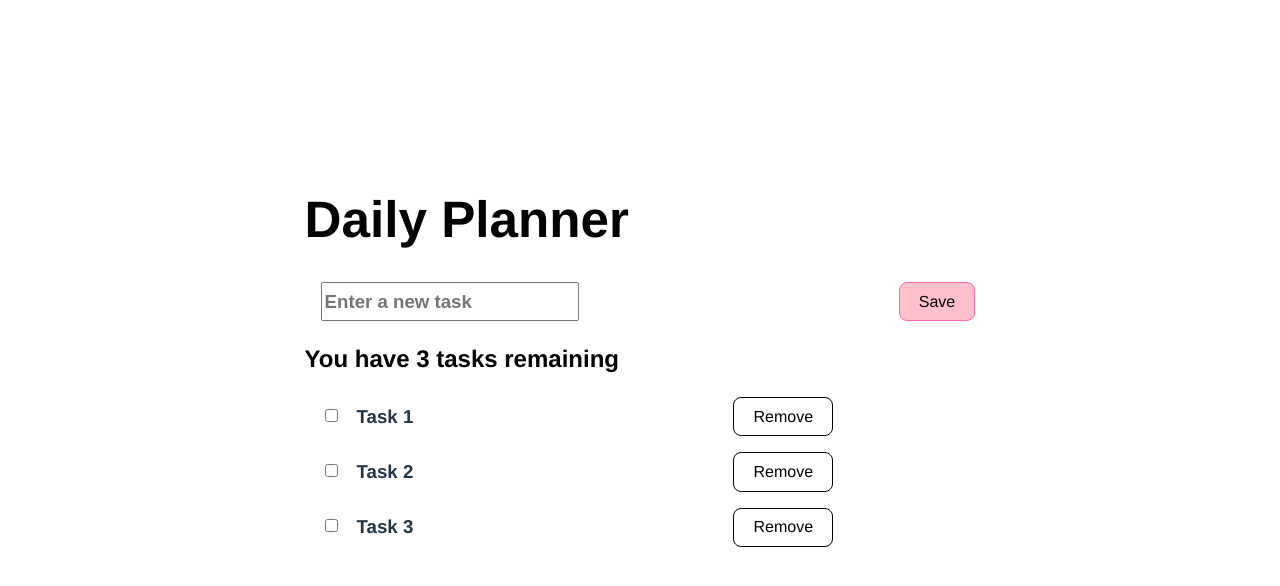
Repository: MonicaNguyenH/Frontend_Assignment6
Page: / (app in react/)
The author's editor kept a copy of each file at every save. The page is drawn from the files as they stood at one save, then again after the next save.
The browser window is 1280 px wide. The pictures show the whole page.
The project was rebuilt for these pictures with package versions that can differ from the ones it lists, and the page was loaded fresh each time. Also part of the build but not shown: react/vite.config.js.

Above is the page before, as saved 2024-10-11 00:58:59.

After the next save:
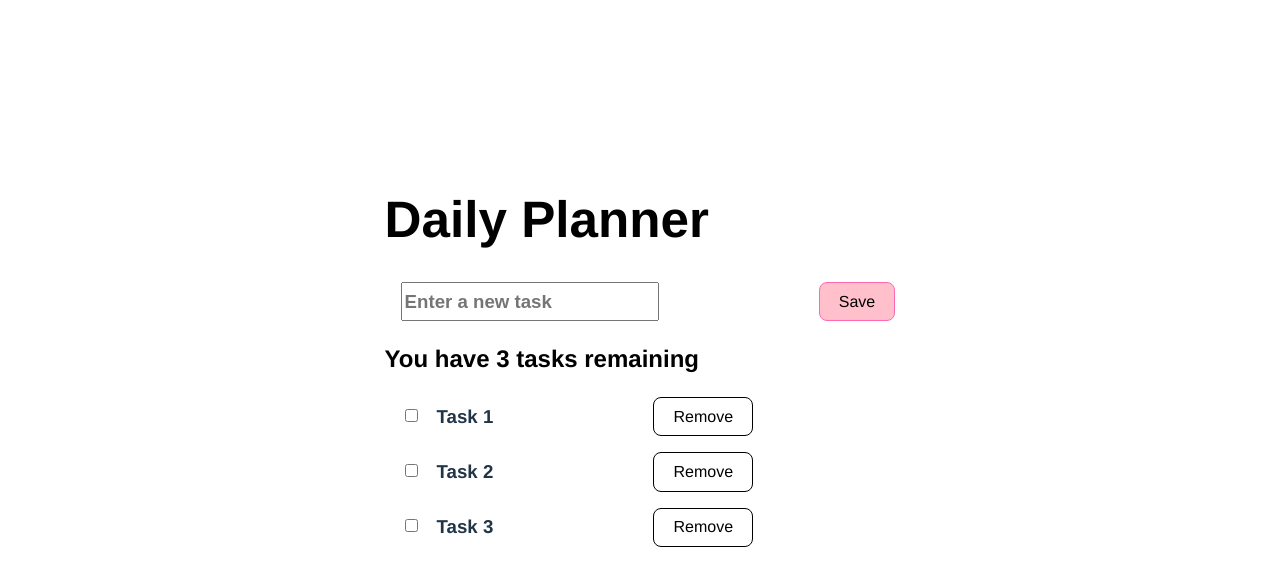
Saved 24 s later.
--- a/react/src/App.css
+++ b/react/src/App.css
@@ -59,7 +59,7 @@
 }
 
 #task-name {
-  margin: 0 20rem 0 1rem;
+  margin: 0 10rem 0 1rem;
   font-weight: bold;
   font-size: 14pt;
 }
